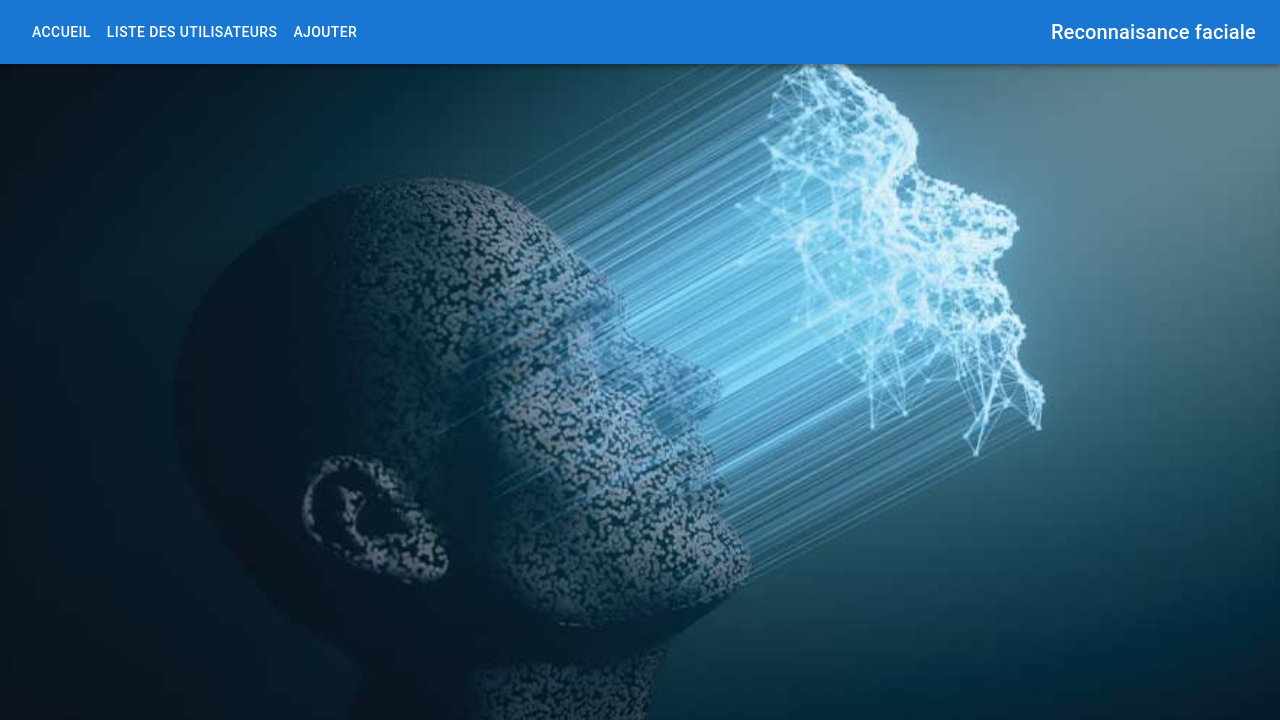
Repository: azizdeghais/Face-recognition-Platform
Page: /ajouter (app in front-end/)
The author's editor kept a copy of each file at every save. The page is drawn from the files as they stood at one save, then again after the next save.
The browser window is 1280 px wide. The pictures show the whole page.
The project was rebuilt for these pictures with package versions that can differ from the ones it lists, and the page was loaded fresh each time. Also part of the build but not shown: front-end/vite.config.js, front-end/src/Ajouter/Ajouter.jsx, front-end/src/Liste/Liste.jsx, front-end/src/Modifier/Modifier.jsx.

Above is the page before, as saved 2023-06-02 19:23:05.

After the next save:
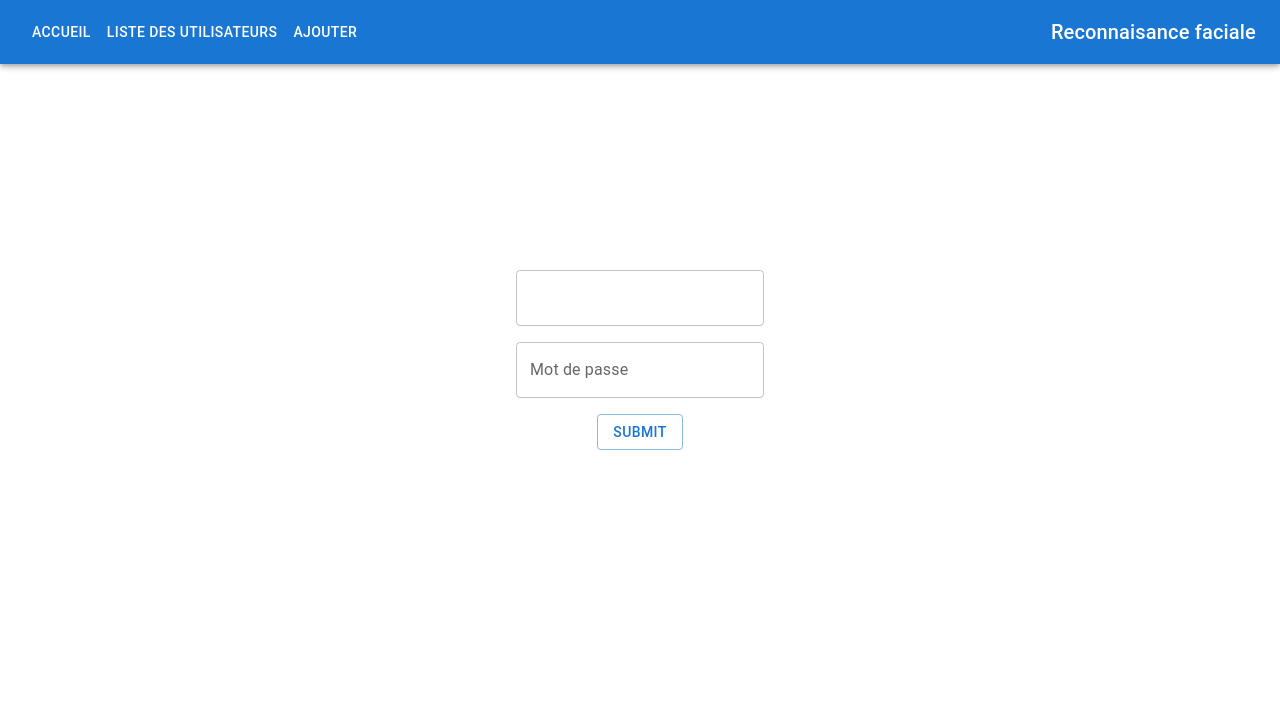
Saved 19 s later.
--- a/front-end/src/RequireAuth/RequireAuth.jsx
+++ b/front-end/src/RequireAuth/RequireAuth.jsx
@@ -6,7 +6,7 @@ function RequireAuth({children}) {
     const auth=useAuth()
 
     if (!auth.user){
-        return <Navigate to='/'/>
+        return <Navigate to='/login'/>
     }
   return children
 }
